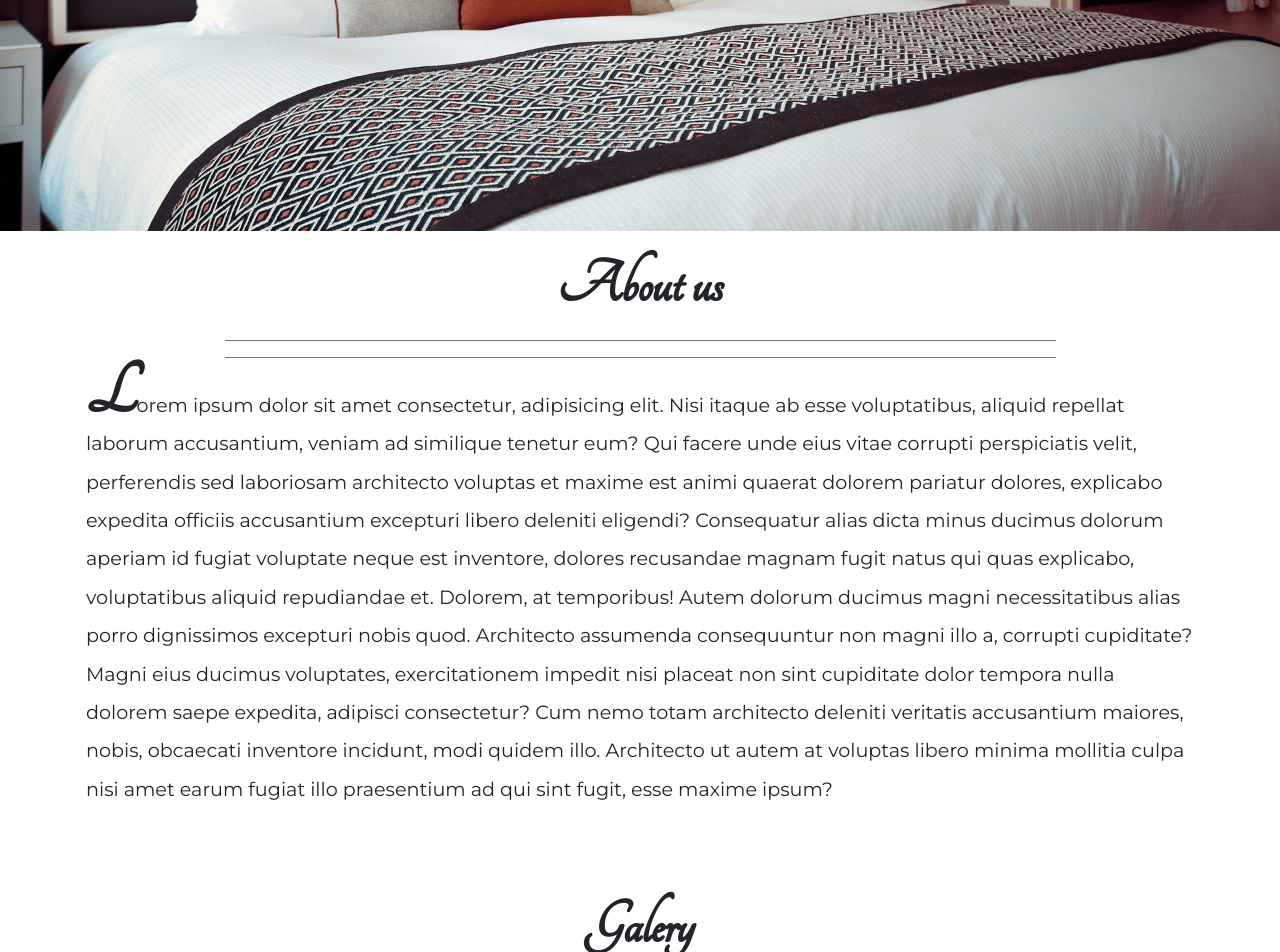
Repository: Ulaa93/Hotel-Zanzibar
Page: index.html
An editor plug-in stored every save of this project. The page is shown before and after a run of saves, followed by the edit.
The browser window is 1280 px wide. The pictures show the part of the page from y = 569 to 1521 px (the page is 3040 px tall before and 3088 px after).
A picture or video elsewhere on the page could not be fetched, so the positions and the page height are approximate.

Above is the page before, as saved 2020-01-28 11:11:32.

### index.html
<!DOCTYPE html>
<html lang="en">
  <head>
    <meta charset="UTF-8" />
    <meta name="viewport" content="width=device-width, initial-scale=1.0" />
    <meta http-equiv="X-UA-Compatible" content="ie=edge" />
    <title>Hotel Zanzibar</title>
    <link rel="icon" href="./ikona.ico" />
    <link
      href="https://fonts.googleapis.com/css?family=Montserrat|Tangerine&display=swap"
      rel="stylesheet"
    />
    <link href="./fontawesome-free-5.12.0-web/css/all.css" rel="stylesheet" />
    <link
      rel="stylesheet"
      href="https://stackpath.bootstrapcdn.com/bootstrap/4.4.1/css/bootstrap.min.css"
      integrity="sha384-Vkoo8x4CGsO3+Hhxv8T/Q5PaXtkKtu6ug5TOeNV6gBiFeWPGFN9MuhOf23Q9Ifjh"
      crossorigin="anonymous"
    />
    <link rel="stylesheet" href="style.css" />
    <script src="https://unpkg.com/scrollreveal"></script>

  </head>
  <body>
    <nav class="navbar sticky-top navbar-expand-lg navbar-dark">
      <a class="navbar-brand hotel-zanzibar" href="./index.html"
        >Hotel Zanzibar</a
      >
      <button
        class="navbar-toggler"
        type="button"
        data-toggle="collapse"
        data-target="#navbarNavDropdown"
        aria-controls="navbarNavDropdown"
        aria-expanded="false"
        aria-label="Toggle navigation"
      >
        <span class="navbar-toggler-icon"></span>
      </button>
      <div
        class="collapse navbar-collapse w-100 order-3 dual-collapse2"
        id="navbarNavDropdown"
      >
        <ul class="navbar-nav ml-auto">
          <li class="nav-item ">
            <a class="nav-link" href="./about-us.html">About us </a>
          </li>
          <li class="nav-item">
            <a class="nav-link" href="./galery.html">Galery</a>
          </li>
          <li class="nav-item">
            <a class="nav-link" href="./events.html">Events</a>
          </li>
          <li class="nav-item">
            <a class="nav-link" href="./reservation.html">Reservation</a>
          </li>
          <li class="nav-item">
            <a class="nav-link" href="./contact.html">Contact</a>
          </li>
        </ul>
      </div>
    </nav>

    <section class="hotel-main">
      <div class="welcome">
        <span>Welcome in</span>
        <h1>Hotel Zanzibar</h1>
      </div>
    </section>
    <section class="hotel-about container p-3">
      <h2>About us</h2>
      <hr />
      <hr />
      <div></div>
      <p>
        Lorem ipsum dolor sit amet consectetur, adipisicing elit. Nisi itaque ab
        esse voluptatibus, aliquid repellat laborum accusantium, veniam ad
        similique tenetur eum? Qui facere unde eius vitae corrupti perspiciatis
        velit, perferendis sed laboriosam architecto voluptas et maxime est
        animi quaerat dolorem pariatur dolores, explicabo expedita officiis
        accusantium excepturi libero deleniti eligendi? Consequatur alias dicta
        minus ducimus dolorum aperiam id fugiat voluptate neque est inventore,
        dolores recusandae magnam fugit natus qui quas explicabo, voluptatibus
        aliquid repudiandae et. Dolorem, at temporibus! Autem dolorum ducimus
        magni necessitatibus alias porro dignissimos excepturi nobis quod.
        Architecto assumenda consequuntur non magni illo a, corrupti cupiditate?
        Magni eius ducimus voluptates, exercitationem impedit nisi placeat non
        sint cupiditate dolor tempora nulla dolorem saepe expedita, adipisci
        consectetur? Cum nemo totam architecto deleniti veritatis accusantium
        maiores, nobis, obcaecati inventore incidunt, modi quidem illo.
        Architecto ut autem at voluptas libero minima mollitia culpa nisi amet
        earum fugiat illo praesentium ad qui sint fugit, esse maxime ipsum?
      </p>
    </section>
    <section class="galery container p-5">
      <h2>Galery</h2>
      <hr />
      <hr />
      <div
        id="carouselExampleCaptions"
        class="carousel slide"
        data-ride="carousel"
      >
        <ol class="carousel-indicators">
          <li
            data-target="#carouselExampleCaptions"
            data-slide-to="0"
            class="active"
          ></li>
          <li data-target="#carouselExampleCaptions" data-slide-to="1"></li>
          <li data-target="#carouselExampleCaptions" data-slide-to="2"></li>
          <li data-target="#carouselExampleCaptions" data-slide-to="3"></li>
          <li data-target="#carouselExampleCaptions" data-slide-to="4"></li>
          <li data-target="#carouselExampleCaptions" data-slide-to="5"></li>
        </ol>
        <div class="carousel-inner">
          <div class="carousel-item active">
            <img
              src="./img/rooms/hotelroom-2205447_1280.jpg"
              class="d-block w-100"
            />
          </div>
          <div class="carousel-item">
            <img
              src="./img/rooms/bedroom-1285156_1280.jpg"
              class="d-block w-100"
            />
          </div>
          <div class="carousel-item">
            <img
              src="./img/rooms/hotel-1330841_1280.jpg"
              class="d-block w-100"
            />
          </div>
          <div class="carousel-item">
            <img
              src="./img/rooms/hotel-4416515_1920.jpg"
              class="d-block w-100"
            />
          </div>
          <div class="carousel-item">
            <img
              src="./img/rooms/hotel-1749602_1280.jpg"
              class="d-block w-100"
            />
          </div>
          <div class="carousel-item">
            <img
              src="./img/rooms/hotel-room-1447201_1920.jpg"
              class="d-block w-100"
            />
          </div>
        </div>
        <a
          class="carousel-control-prev"
          href="#carouselExampleCaptions"
          role="button"
          data-slide="prev"
        >
          <span class="carousel-control-prev-icon" aria-hidden="true"></span>
          <span class="sr-only">Previous</span>
        </a>
        <a
          class="carousel-control-next"
          href="#carouselExampleCaptions"
          role="button"
          data-slide="next"
        >
          <span class="carousel-control-next-icon" aria-hidden="true"></span>
          <span class="sr-only">Next</span>
        </a>
      </div>
    </section>

    <section class="container p-3 contact">
      <h2>Contact</h2>
      <hr />
      <hr />
      <div class="row">
        <div class="col-sm-6 ">
          <div class="card ">
            <div class="card-body">
              <div class="card-body">
                <i class="fas fa-phone"></i>
                phone: 012 345 678
              </div>
              <div class="card-body">
                <i class="fas fa-envelope"></i>
                mail: example@example.com
              </div>
              <div class="card-body">
                <i class="fas fa-map-marker-alt"></i>
                adress: example adress
              </div>
            </div>
          </div>
        </div>
        <div class="col-sm-6">
          <div class="card">
            <div class="card-body">
              <form>
                <div class="form-group">
                  <label for="nameInput">Name</label>
                  <input
                    type="text"
                    class="form-control"
                    id="nameInput"
                    placeholder="Name"
                  />
                </div>
                <div class="form-group">
                  <label for="emailInput">Email address</label>
                  <input
                    type="email"
                    class="form-control"
                    id="emailInput"
                    placeholder="name@example.com"
                  />
                </div>
                <div class="form-group">
                  <label for="messageInput">Message</label>
                  <textarea
                    class="form-control"
                    id="messageInput"
                    rows="3"
                  ></textarea>
                </div>
                <button type="submit" class="btn btn-primary">Submit</button>
              </form>
            </div>
          </div>
        </div>
      </div>
    </section>

    <footer>
      <div>Copyright &copy; Urszula Kosior 2020</div>
    </footer>

    <script
      src="https://code.jquery.com/jquery-3.4.1.slim.min.js"
      integrity="sha384-J6qa4849blE2+poT4WnyKhv5vZF5SrPo0iEjwBvKU7imGFAV0wwj1yYfoRSJoZ+n"
      crossorigin="anonymous"
    ></script>
    <script
      src="https://cdn.jsdelivr.net/npm/popper.js@1.16.0/dist/umd/popper.min.js"
      integrity="sha384-Q6E9RHvbIyZFJoft+2mJbHaEWldlvI9IOYy5n3zV9zzTtmI3UksdQRVvoxMfooAo"
      crossorigin="anonymous"
    ></script>
    <script
      src="https://stackpath.bootstrapcdn.com/bootstrap/4.4.1/js/bootstrap.min.js"
      integrity="sha384-wfSDF2E50Y2D1uUdj0O3uMBJnjuUD4Ih7YwaYd1iqfktj0Uod8GCExl3Og8ifwB6"
      crossorigin="anonymous"
    ></script>
    <script src="./script.js"></script>
  </body>
</html>

### style.css
* {
  padding: 0;
  margin: 0;
  font-family: 'Montserrat', sans-serif;
}

.navbar {
  height: 80px;
  background-color: rgba(124, 98, 98, 0.712);
}
/* .navbar a{
    color:black;
} */
.hotel-zanzibar {
  font-size: 3em;
  font-family: 'Tangerine', cursive;
}

.hotel-main {
  background-image: url(./img/rooms/hotel-room-1447201_1920.jpg);
  width: 100%;
  height: 100vh;
  background-size: cover;
  background-position: center;
  display: flex;
  flex-direction: column;
  /* justify-content: center; */
  /* align-items: flex-start; */
  padding: 200px 0;
  /* color: white; */
  /* line-height: 400%; */
}

.welcome {
  background-color: rgba(255, 255, 255, 0.555);
  padding: 3em;
  text-align: center;
}
.welcome span {
  font-size: 3em;
  font-family: 'Tangerine', cursive;
}
.welcome h1 {
  font-size: 5em;
  font-family: 'Tangerine', cursive;
  font-weight: 600;
}

h2 {
  text-align: center;
  font-size: 4em;
  font-weight: 600;
  font-family: 'Tangerine', cursive;
}
section p {
  font-size: 1.2em;
  line-height: 2em;
}

section p::first-letter {
  font-size:4em;
  font-weight: 600;
  font-family: 'Tangerine', cursive;
}

hr {
margin:16px auto;
 width: 75%;
 background-color:gray;

}
/* .galery .carousel-inner {
  /* background-size: contain; */
  /* height: 55vh; */
  /* min-height: 400px; */
  /* overflow: hidden; */
  /* background-position: center; */


  .back i{
    font-size: 2em;
    margin: 0 0.2em;
    vertical-align: middle;

}
.back{
    font-size: 1.2em;
    vertical-align: middle;
position: absolute;
top:7em;
left:15em;
}
.back a{
    color: black;
    text-decoration: none;
}

footer{
 text-align: center;
 color: white;
  background-color: rgba(124, 98, 98, 0.712);
height: 80px;
line-height: 80px;
font-size: 1.2em;;
}


.contact .row{
  align-items: center;
}
.contact i{
  margin-right: 1em;
}

### script.js

const nodeArray = [
    document.querySelector('.hotel-main'),
    document.querySelector('.hotel-about'),
    document.querySelector('.galery'),
    document.querySelector('.contact')
];

ScrollReveal().reveal(nodeArray, {
  delay: 75,
  duration: 1000,
  reset: true
});

Loaded but not shown: fontawesome-free-5.12.0-web/css/all.css (library)

After the next 2 saves:
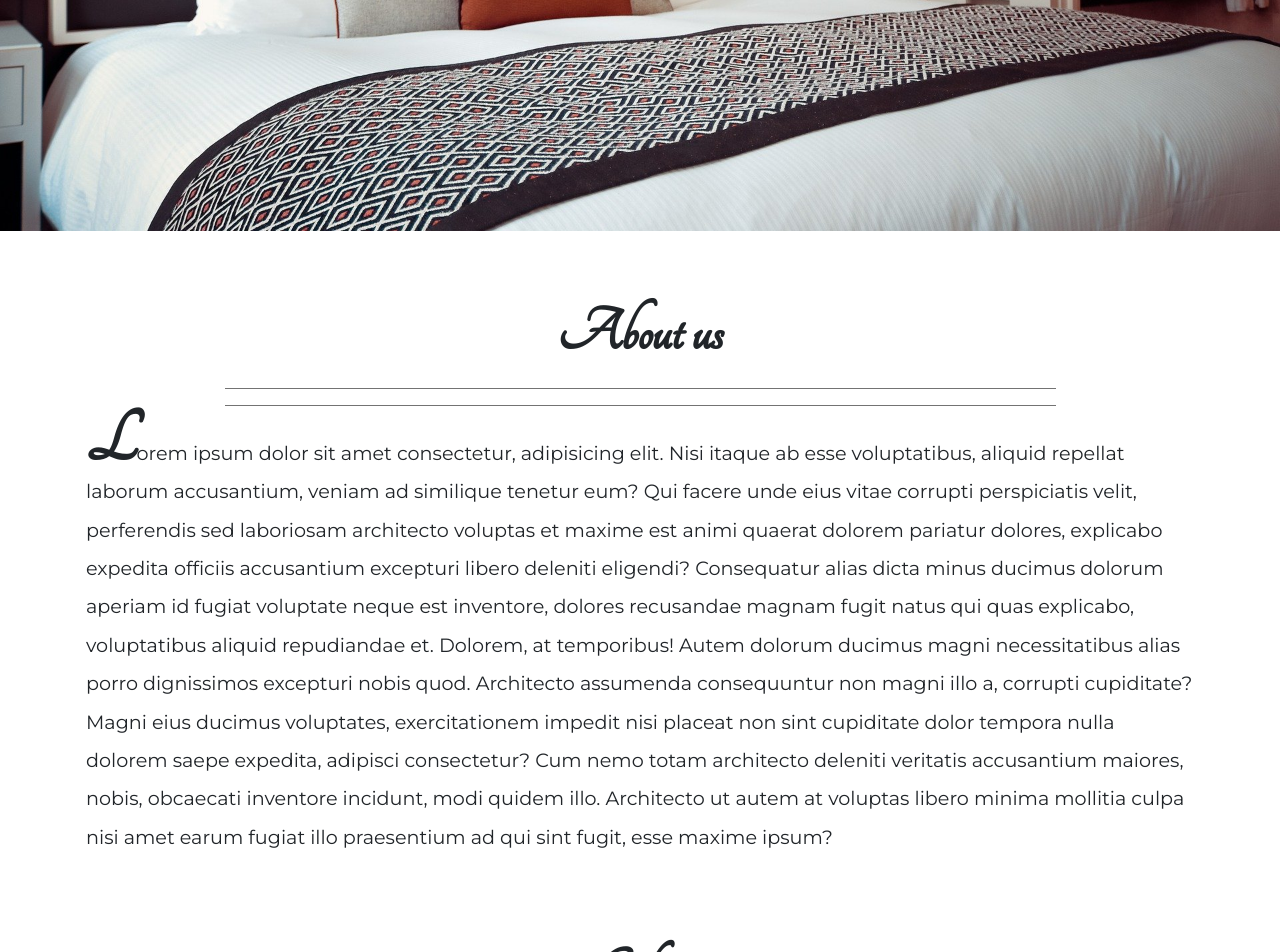
The 2 saves are shown as one change because they came seconds apart.
The last was saved 19 s later.
--- a/style.css
+++ b/style.css
@@ -29,6 +29,7 @@
   padding: 200px 0;
   /* color: white; */
   /* line-height: 400%; */
+  margin-bottom: 48px;
 }
 
 .welcome {
